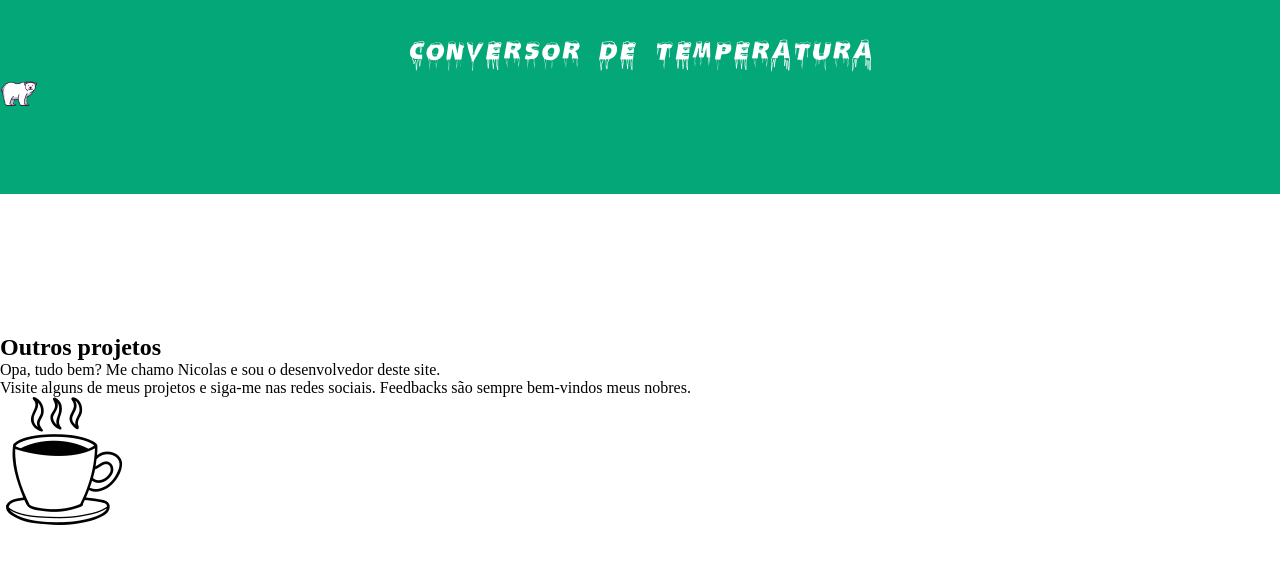
Repository: Leonngc/Conversor-de-temperatura
Page: projects.html
An editor plug-in stored every save of this project. The page is shown before and after a run of saves, followed by the edit.
The browser window is 1280 px wide. The pictures show the whole page.
Some icons come from a web library that is not loaded, so they are not drawn.

Above is the page before, as saved 2023-02-12 01:22:15.

After the next 5 saves:
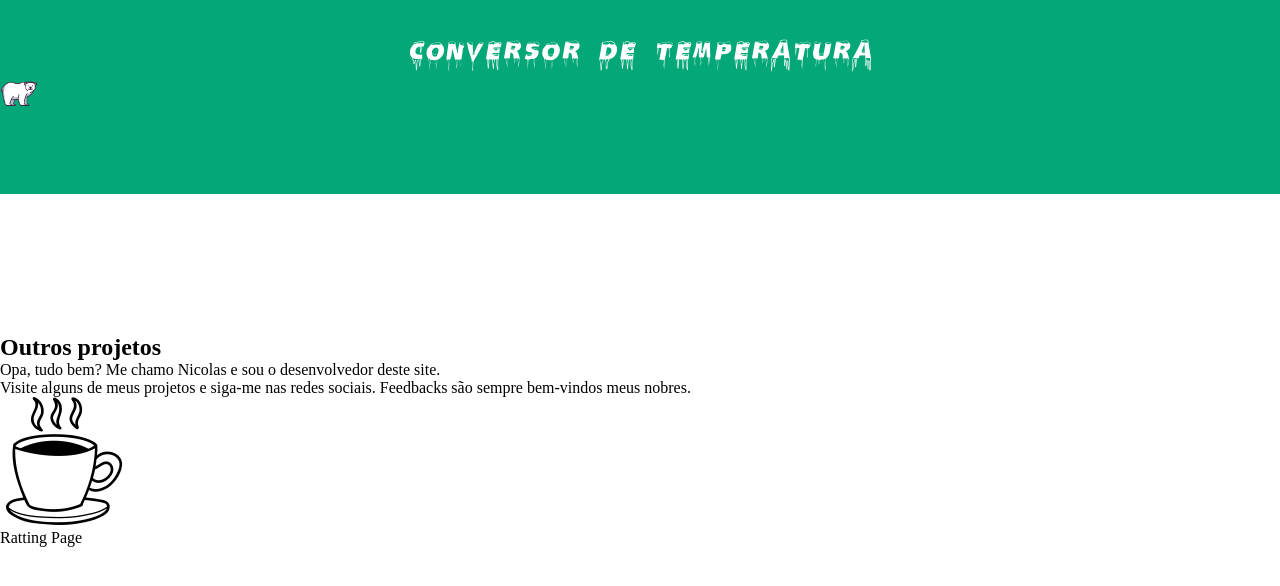
The 5 saves are shown as one change because they came seconds apart.
The last was saved 22 s later.
--- a/projects.html
+++ b/projects.html
@@ -29,6 +29,10 @@
         <div>
             <img src="image/cafe.png" alt="">
         </div>
+
+        <ul>
+            <li>Ratting Page</li>
+        </ul>
     </main>
 
 </body>

After the 2 saves that followed:
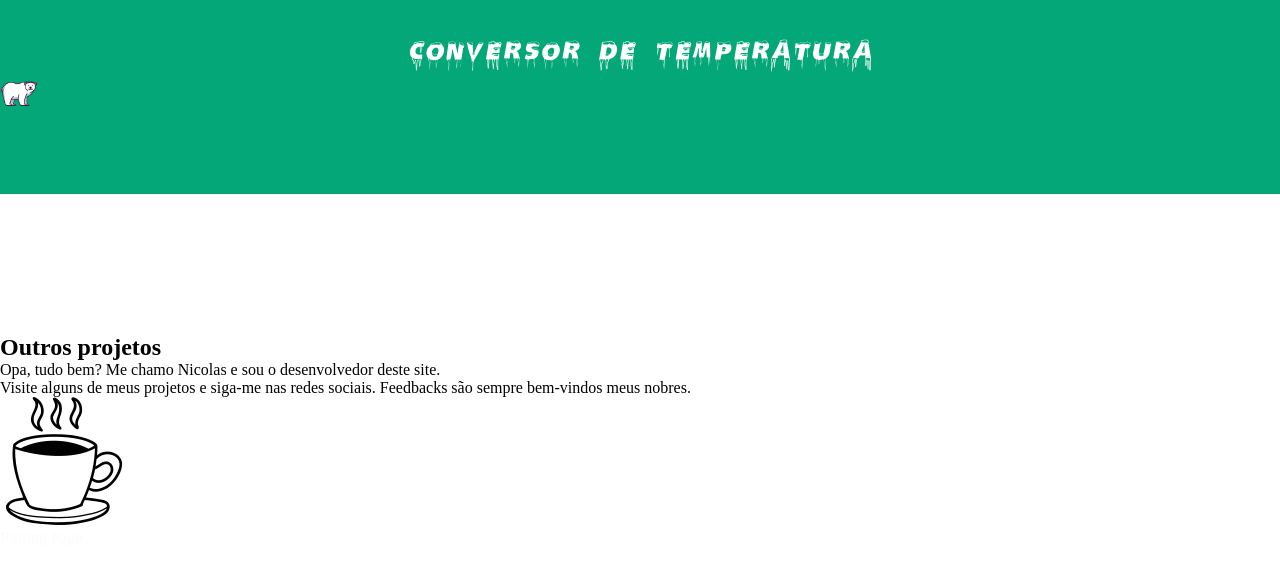
The 2 saves are shown as one change because they came seconds apart.
The last was saved 12 s later.
--- a/projects.html
+++ b/projects.html
@@ -31,7 +31,7 @@
         </div>
 
         <ul>
-            <li>Ratting Page</li>
+            <li><a href="cafe.png">Ratting Page</a></li>
         </ul>
     </main>
 
